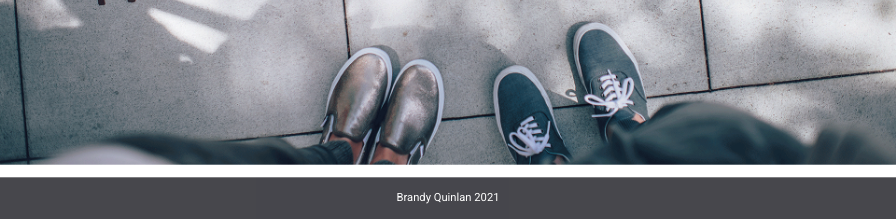
Repository: brandyquinlan/brandyquinlan
Page: index.html
These files come from the project's save history. The page is drawn as it stood at one moment and after the next save; the edit follows.
The browser window is 1280 px wide. The pictures show the part of the page from y = 485 to 2405 px (the page is 799 px tall before and 2961 px after), at 70% of full size.
Some web libraries are served in a nearby version.

Above is the page before, as saved 2021-02-05 11:31:43.

### index.html
<!DOCTYPE html>
<html lang="en">

<head>
    <meta charset="UTF-8">
    <meta name="viewport" content="width=device-width, initial-scale=1.0">
    <link href="https://fonts.googleapis.com/css2?family=Roboto" rel="stylesheet">
    <link href="https://fonts.googleapis.com/css2?family=Raleway" rel="stylesheet">

    <link rel="stylesheet" href="https://cdnjs.cloudflare.com/ajax/libs/font-awesome/5.13.0/css/all.min.css" integrity="sha256-h20CPZ0QyXlBuAw7A+KluUYx/3pK+c7lYEpqLTlxjYQ=" crossorigin="anonymous" />
    <link rel="stylesheet" href="css/style.css">
    <title>Quinlan Portfolio</title>
</head>

<body id="home">
    <header class="hero">
        <div id="navbar" class="navbar">
            <h1 class="name">Brandy Quinlan</h1>
            <nav>
                <ul>
                    <li><a href="#home">Home</a></li>
                    <li><a href="#about">About</a></li>
                    <li><a href="#knowledge">Knowledge</a></li>
                    <li><a href="portfolio.html">Portfolio</a></li>
                    <li><a href="contact.html">Contact</a></li>
                </ul>
            </nav>
        </div>
        <section class="container">
            <img src="img/ian-schneider-TamMbr4okv4-unsplash.png" alt="" class="no-repeat  center center/cover">
        </section>
        <!-- <div id="content">
            <h1>My Slogan</h1>
            <p>Lorem ipsum dolor sit amet, consectetur adipisicing elit. Delectus, molestiae.</p>
        </div> -->
    </header>

    <!-- About -->
    <!-- <section id="aboutMe">
        <h1>About Me</h1>
        <div id="aboutRow1">

            <img class="float-left img-fluid mr-4 w-25" src="img/Me_copy.png" alt="Brandy Quinlan">
        </div>
        <p>
            I have always been a problem-solver and one of those whom just loves technology.
        </p>
        <p>
            I was also the system administrator on Hallmark’s Digital Asset Management system, which contains 14+ million assets and has 6,000 employee users. As the subject matter expert on the system, I served as the first line of defense for users/clients needing
            assistance.
        </p>
        <p> I continuously strive to know the system’s processes and functionality to its fullest and am always yearning to learn more. I am always looking for ways to improve processes, develop and implement efficiencies.
        </p>
        <p>
            The last project I worked on was with a small diversified team tasked with developing and deploying a new web-based application. I became the user champion and developed UX solutions within the software that met the needs of each business served by the
            system. I also developed workflows within the software to improve efficiencies. After working with the analysts on troubleshooting the software as we implemented improvements and deployments, as well as driving the best user experience, I
            wanted to learn more about both the backend and front end coding. Thus, I am attending the KU Coding Bootcamp. I cant wait to see what is in store for me.
        </p> -->

    </section>
    <!-- Portfolio Gallery -->
    <!-- <section class="projects flex-grid section-padding">
        <header class="section-header">
            <h4>This is what we do</h4>
            <p>
                Lorem ipsum dolor sit, amet consectetur adipisicing elit. Fugiat, dolore!
            </p>
        </header>
        <div class="row">
            <div class="projectsGallery">
                <a href="https://brandyquinlan.github.io/PAIR/" data-lightbox="projects" data-title="Lorem ipsum dolor sit">
                    <img src="/img/PAIR.png" alt="" />
                </a>
                <a href="https://brandyquinlan.github.io/HW05_Day_Planner/" data-lightbox="projects" data-title="Lorem ipsum dolor sit">
                    <img src="img/day_planner.png" alt="" />
                </a>
                <a href="" data-lightbox="projects" data-title="Lorem ipsum dolor sit">
                    <img src="" alt="" />
                </a>
                <a href="" data-lightbox="projects" data-title="Lorem ipsum dolor sit">
                    <img src="" alt="" />
                </a>
            </div>
    </section> -->
    <footer>
        <div>
            <p>Brandy Quinlan 2021</p>
        </div>
    </footer>

</body>

</html>

### css/style.css
* {
    box-sizing: border-box;
    margin: 0;
    padding: 0;
}


/* Base Styles */

body {
    font-family: 'Roboto', sans-serif;
    background: #fff;
    color: #333;
    line-height: 1.7;
}

h1,
h2 {
    font-weight: 250;
    font-size: 1.5rem;
    line-height: 1.2;
}

ul {
    list-style: none;
}

p {
    margin: 10px 0;
}

a {
    text-decoration: none;
    color: #333;
}

img {
    max-width: 100%;
}


/* .text-primary {
    color: #28a745;
}

.text-secondary {
    color: #0284d0;
} */


/* Header */

header h1 {
    /* color: #e97a5b; */
    color: #d36e5f;
    padding-left: 10px;
}


/* Navbar */

#navbar {
    display: flex;
    align-items: center;
    justify-content: space-between;
    width: 100%;
    height: 70px;
    position: fixed;
    top: 0px;
    background: #333339;
    color: #fff;
    opacity: .8;
    padding: 0 20px;
}

#navbar a {
    color: #fff;
    padding: 10px 10px;
    font-size: .8rem;
}

#navbar a:hover {
    color: #a35a4e;
}

#navbar ul {
    display: flex;
}


/* About */

#aboutMe {
    padding: 40px 100px;
    background: #333339;
    color: #fff;
    opacity: .8;
    font-size: .9rem;
    max-width: 1920px;
}

#aboutMe h1 {
    color: #bf8273;
}

#aboutRow1 {
    display: flex;
    padding: 20px;
    justify-content: space-between;
    margin: 0 20px;
}

#aboutMe img {
    border-radius: 50%;
    margin-right: 50px;
    width: 150px;
    height: 150px;
}


/* Footer */

footer {
    background: #333339;
    opacity: .9;
    height: 60px;
}

footer p {
    display: flex;
    align-items: center;
    justify-content: center;
    color: #fff;
    padding-top: 15px;
}

After the next save:
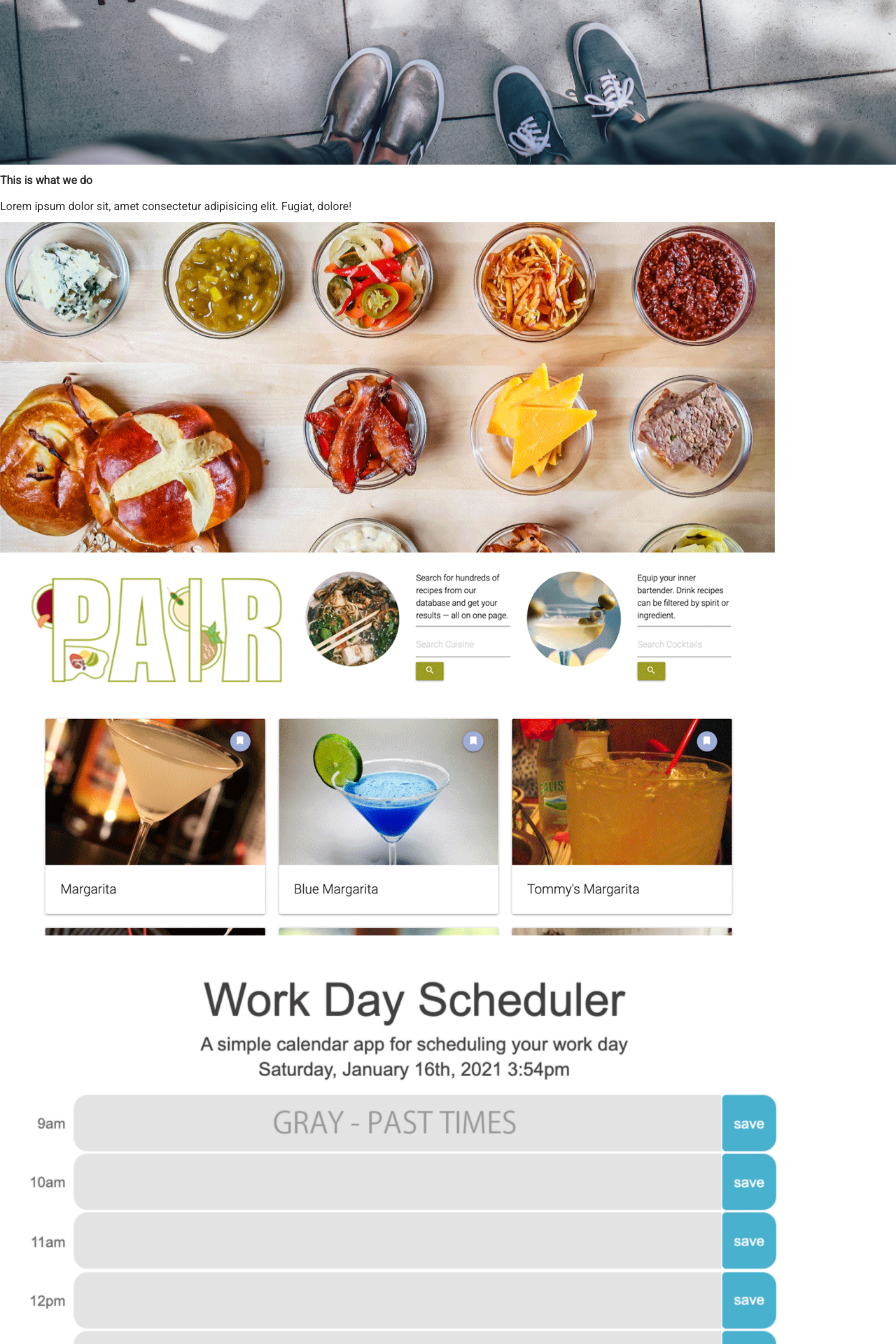
Saved 102 s later.
--- a/index.html
+++ b/index.html
@@ -59,7 +59,7 @@
 
     </section>
     <!-- Portfolio Gallery -->
-    <!-- <section class="projects flex-grid section-padding">
+    <section class="projects flex-grid section-padding">
         <header class="section-header">
             <h4>This is what we do</h4>
             <p>
@@ -81,7 +81,7 @@
                     <img src="" alt="" />
                 </a>
             </div>
-    </section> -->
+    </section>
     <footer>
         <div>
             <p>Brandy Quinlan 2021</p>
